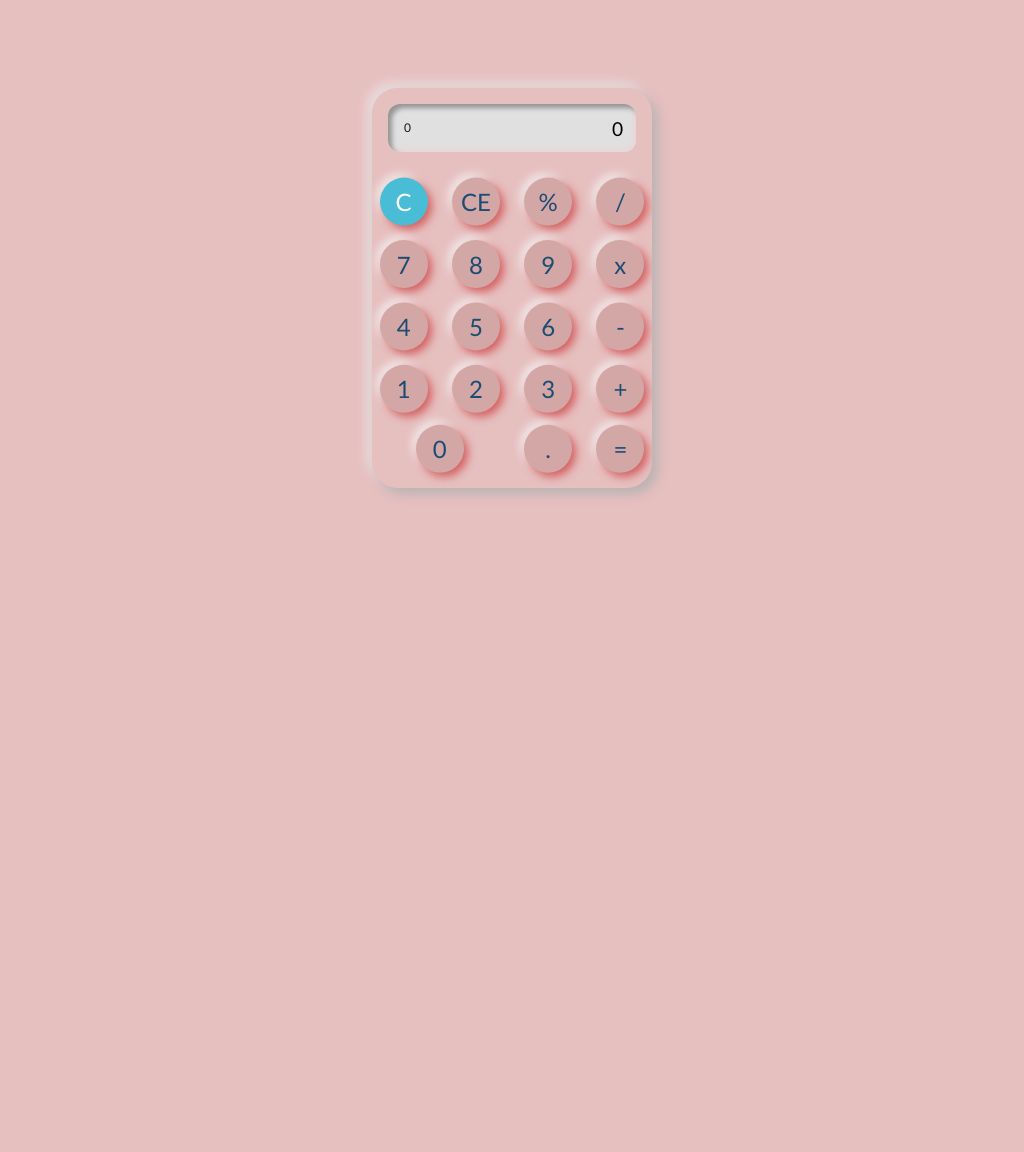
Repository: Goldmyn/Calculator
Page: index.html
The author's editor kept a copy of each file at every save. The page is drawn from the files as they stood at one save, then again after the next save.
The browser window is 1280 px wide. The pictures show the whole page, at 80% of full size.
The pointer rests on the first visible `.button`.

Above is the page before, as saved 2022-09-28 04:33:47.

### index.html
<!DOCTYPE html>
<html lang="en">
  <head>
    <meta charset="UTF-8" />
    <meta http-equiv="X-UA-Compatible" content="IE=edge" />
    <meta name="viewport" content="width=device-width, initial-scale=1.0" />
    <title>Document</title>
    <link rel="stylesheet" href="index.css" />
  </head>
  <body>
    <section>
      <div class="container">
        <div class="calculator">
          <div class="display">
            <div class="display-1">0</div>
            <div class="border"> <div class="display-2">0</div></div>
            <div class="temp-result"></div>
          </div>
          <div class="all_button">
            <div class="button all-clear">C</div>
            <div class="button last-entity-clear">CE</div>
            <div class="button operation">%</div>
            <div class="button operation">/</div>
            <div class="button number">7</div>
            <div class="button number">8</div>
            <div class="button number">9</div>
            <div class="button operation">x</div>
            <div class="button number">4</div>
            <div class="button number">5</div>
            <div class="button number">6</div>
            <div class="button operation">-</div>
            <div class="button number">1</div>
            <div class="button number">2</div>
            <div class="button number">3</div>
            <div class="button operation">+</div>
            <div class="button btn-0 number">0</div>
            <div class="button number dot">.</div>
            <div class="button equal">=</div>
          </div>
        </div>
      </div>
    </section>
    <section>

    <script src="index.js"></script>
  </body>
</html>

### index.css
* {
    padding: 0;
    margin: 0;
    box-sizing: border-box;
  }
  html {
    font-family: 'Gill Sans', 'Gill Sans MT', Calibri, 'Trebuchet MS', sans-serif;
  }
  section {
    background-color: #e6bfbf;
    min-height: 100vh;
    width: 100%;
    display: flex;
    align-items: center;
    justify-content: center;
  }
  .container {
    background-color: #e0e0e0;
    width: 90%;
    height: 500px;
    max-width: 350px;
    border-radius: 32px;
    background: #e6bfbf;
    box-shadow: 7px 7px 14px #b8b2b2, -7px -7px 14px #e9dddd;
    overflow: hidden;
  }
  .display {
    height: 100px;
    width: 100%;
    text-align: right;
    padding: 20px;
    font-size: 30px;
    position: relative;
  }
  .display-1 {
    opacity: 0.9;
    font-size: 15px;
    height: 20px;
    overflow: hidden;
    position: absolute;
    bottom: 40px;
    left: 40px;
  }

  .border {
    background-color: aqua;
    height: 60px;
    width: 100%;
    padding-right: 1rem;
    display: flex;
    align-items: center;
    justify-content: flex-end;
    border-radius: 15px;
    background: #e0e0e0;
    font-size: 24px;
    box-shadow: inset 5px 5px 7px #949494, inset -5px -5px 7px #e7d9d9;
  }

  .temp-result {
    display: none;
  }

  .all_button {
    color: rgb(28, 76, 114);
    display: grid;
    grid-template:
      repeat(4, minmax(67px, 1fr))
      / repeat(4, minmax(50px, 1fr));
    gap: 0.7rem;
    transform: translateY(0.5rem);
    place-items: center;
  }
  .button {
    display: inline-block;
    height: 60px;
    width: 60px;
    display: flex;
    align-items: center;
    justify-content: center;
    font-size: 30px;
    cursor: pointer;
    border-radius: 100px;
    background: #d4a7a7;
    box-shadow: 5px 5px 11px #d45f5f, -5px -5px 11px #f1eaea;
  }
  .button:hover {
    background-color: rgb(73, 188, 214);
    color: white;
  }
  .btn-0 {
    grid-column: 1/3;
  }

### index.js
const display1El = document.querySelector('.display-1')
const display2El = document.querySelector('.display-2')
const tempResultEl = document.querySelector('.temp-result')
const numbersEl = document.querySelectorAll('.number')
const operationEl = document.querySelectorAll('.operation')
const equalEl = document.querySelector('.equal')
const clearAllEl = document.querySelector('.all-clear')
const clearLastEl = document.querySelector('.last-entity-clear')
let dis1Num = ''
let dis2Num = ''
let result = null
let lastOperation = ''
let haveDot = false

numbersEl.forEach((number) => {
  number.addEventListener('click', (e) => {
    if (e.target.innerText === '.' && !haveDot) {
      haveDot = true
    } else if (e.target.innerText === '.' && haveDot) {
      return
    }
    dis2Num += e.target.innerText
    display2El.innerText = dis2Num
    // console.log();
  })
})

operationEl.forEach((operation) => {
  operation.addEventListener('click', (e) => {
    if (!dis2Num) return
    haveDot = false
    const operationName = e.target.innerText
    if (dis1Num && dis2Num && lastOperation) {
      mathOperation()
    } else {
      result = parseFloat(dis2Num)
    }
    clearVar(operationName)
    lastOperation = operationName
    console.log(result)
  })
})
function clearVar(name = '') {
  dis1Num += dis2Num + ' ' + name + ' '
  display1El.innerText = dis1Num
  display2El.innerText = ''
  dis2Num = ''
  tempResultEl.innerText = result
}

function mathOperation() {
  if (lastOperation === 'x') {
    result = parseFloat(result) * parseFloat(dis2Num)
  } else if (lastOperation === '+') {
    result = parseFloat(result) + parseFloat(dis2Num)
  } else if (lastOperation === '-') {
    result = parseFloat(result) - parseFloat(dis2Num)
  } else if (lastOperation === '/') {
    result = parseFloat(result) / parseFloat(dis2Num)
  } else if (lastOperation === '%') {
    result = parseFloat(result) % parseFloat(dis2Num)
  }
}
// operation();

equalEl.addEventListener('click', () => {
  if (!dis2Num || !dis1Num) return
  haveDot = false
  mathOperation()
  clearVar()
  display2El.innerText = result
  tempResultEl.innerText = ''
  dis2Num = result
  dis1Num = ''
})

clearAllEl.addEventListener('click', () => {
  dis1Num = ''
  dis2Num = ''
  display1El.innerText = ''
  display2El.innerText = ''
  result = ''
  tempResultEl.innerText = ''
})

clearLastEl.addEventListener('click', () => {
  display2El.innerText = ''
  dis2Num = ''
})

window.addEventListener('keydown', (e) => {
  if (
    e.key === '0' ||
    e.key === '1' ||
    e.key === '2' ||
    e.key === '3' ||
    e.key === '4' ||
    e.key === '5' ||
    e.key === '6' ||
    e.key === '7' ||
    e.key === '8' ||
    e.key === '9' ||
    e.key === '.'
  ) {
    clickButtonEl(e.key)
    // console.log(e.key)
  } else if (e.key === '+' || e.key === '-' || e.key === '/' || e.key === '%') {
    clickOperation(e.key)
  } else if (e.key === '*') {
    clickOperation('x')
    // console.log(e.key)
  } else if (e.key == 'Enter' || e.key === '=') {
    clickEqual()
  }
  // console.log(e.key)
})
function clickButtonEl(key) {
  numbersEl.forEach((button) => {
    if (button.innerText === key) {
      button.click()
    }
  })
}
function clickOperation(key) {
  operationEl.forEach((operation) => {
    if (operation.innerText === key) {
      operation.click()
    }
  })
}
function clickEqual() {
  equalEl.click()
}

After the next save:
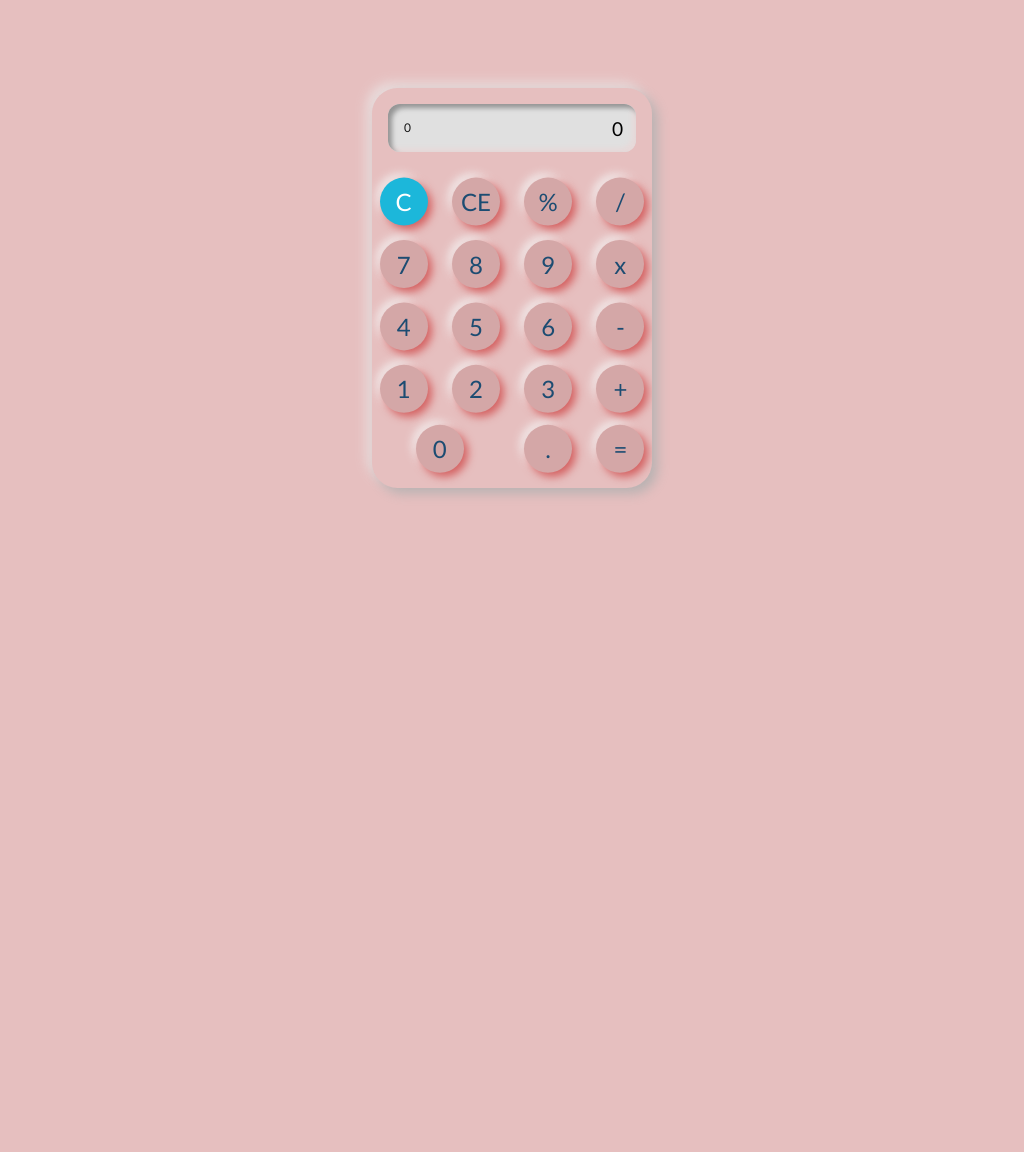
Saved 11 s later.
--- a/index.css
+++ b/index.css
@@ -84,7 +84,7 @@
     box-shadow: 5px 5px 11px #d45f5f, -5px -5px 11px #f1eaea;
   }
   .button:hover {
-    background-color: rgb(73, 188, 214);
+    background-color: rgb(28, 183, 218);
     color: white;
   }
   .btn-0 {
